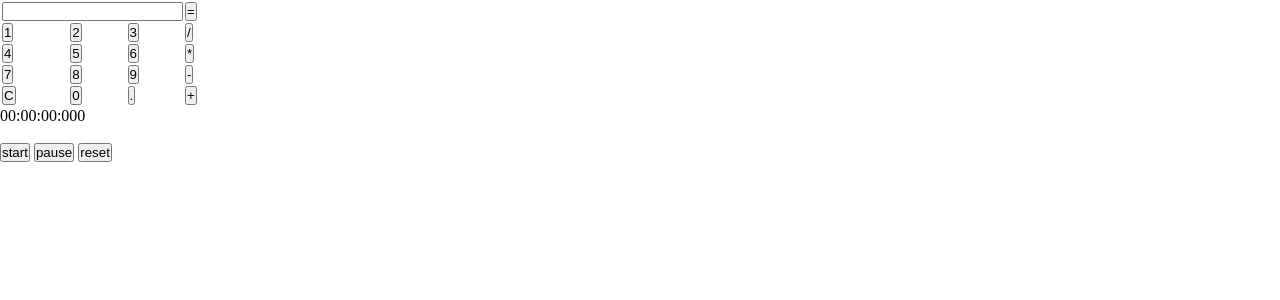
Repository: Seryozha02/CalculatorAndStopwatch
Page: calculator.html
An editor plug-in stored every save of this project. The page is shown before and after a run of saves, followed by the edit.
The browser window is 1280 px wide. The pictures show the whole page.

Above is the page before, as saved 2022-10-03 17:31:48.

### calculator.html
<!DOCTYPE html>
<html lang="en">
  <head>
    <meta charset="UTF-8" />
    <meta http-equiv="X-UA-Compatible" content="IE=edge" />
    <meta name="viewport" content="width=device-width, initial-scale=1.0" />
    <link rel="stylesheet" href="calculator.css" />
    <title>Calculator</title>
  </head>
  <body>
    <div>
    <table id="calculator">
      <tr>
        <td colspan="3"><input class="display-box" type="text" id="result"/></td>
        <td><input type="button" value="=" onclick="calculate()" id="btn"></td>
      </tr>
      <tr>
        <td><input type="button" value="1" onclick="display(('1'))" /></td>
        <td><input type="button" value="2" onclick="display(('2'))" /></td>
        <td><input type="button" value="3" onclick="display(('3'))" /></td>
        <td><input type="button" value="/" onclick="display(('/'))" /></td>
      </tr>
      <tr>
        <td><input type="button" value="4" onclick="display(('4'))"></td>
        <td><input type="button" value="5" onclick="display(('5'))"></td>
        <td><input type="button" value="6" onclick="display(('6'))"></td>
        <td><input type="button" value="*" onclick="display(('*'))"></td>
      </tr>
      <tr>
        <td><input type="button" value="7" onclick="display(('7'))"></td>
        <td><input type="button" value="8" onclick="display(('8'))"></td>
        <td><input type="button" value="9" onclick="display(('9'))"></td>
        <td><input type="button" value="-" onclick="display(('-'))"></td>
      </tr>
      <tr>
      <td><input type="button" value="C" onclick="clearScreen()" id="btn"></td>
      <td><input type="button" value="0" onclick="display(('0'))"></td>
      <td><input type="button" value="." onclick="display(('.'))"></td>
      <td><input type="button" value="+" onclick="display(('+'))"></td>
    </tr>
    </table>

    <form name="form_main">
        <div id="timer">
            <span id="hour">00</span>:<span id="minute">00</span>:<span id="seconds">00</span>:<span id="milliSeconds">000</span>
        </div>
        <br />
        <button onclick="start()" class="start" type="button" name="start">start</button>
        <button onclick="pause()" class="pause" type="button" name="pause">pause</button>
        <button onclick="reset()" class="reset" type="button" name="reset">reset</button>
        <!-- <input type="button" class="start" value="start">
        <input type="button" class="pause" value="pause">
        <input type="button" class="reset" value="reset"> -->
    </form>
</div>
  </body>
  <script src="calculator.js"></script>
</html>

### calculator.css
* {
    margin: 0;
    padding: 0;
    text-decoration: none;
    box-sizing: border-box;
}

Loaded but not shown: calculator.js (no stored copy; drawn as an empty file)

After the next 3 saves:
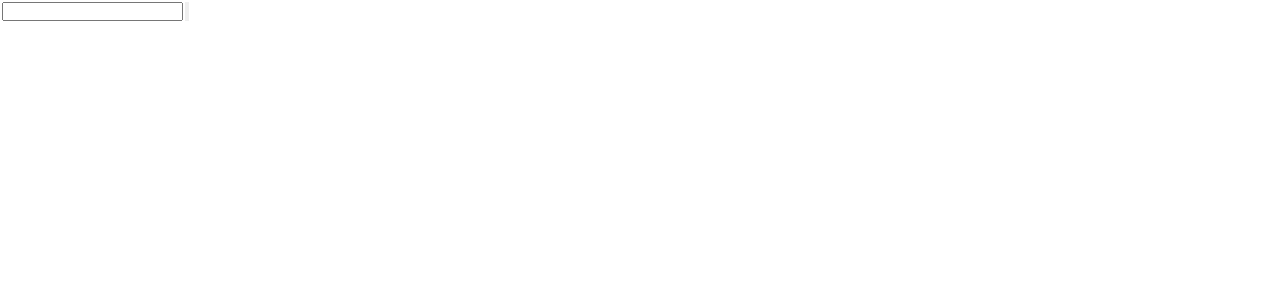
The 3 saves are shown as one change because they came seconds apart.
The last was saved 8 s later.
--- a/calculator.html
+++ b/calculator.html
@@ -1,58 +1,19 @@
 <!DOCTYPE html>
 <html lang="en">
-  <head>
-    <meta charset="UTF-8" />
-    <meta http-equiv="X-UA-Compatible" content="IE=edge" />
-    <meta name="viewport" content="width=device-width, initial-scale=1.0" />
-    <link rel="stylesheet" href="calculator.css" />
-    <title>Calculator</title>
-  </head>
-  <body>
-    <div>
-    <table id="calculator">
-      <tr>
-        <td colspan="3"><input class="display-box" type="text" id="result"/></td>
-        <td><input type="button" value="=" onclick="calculate()" id="btn"></td>
-      </tr>
-      <tr>
-        <td><input type="button" value="1" onclick="display(('1'))" /></td>
-        <td><input type="button" value="2" onclick="display(('2'))" /></td>
-        <td><input type="button" value="3" onclick="display(('3'))" /></td>
-        <td><input type="button" value="/" onclick="display(('/'))" /></td>
-      </tr>
-      <tr>
-        <td><input type="button" value="4" onclick="display(('4'))"></td>
-        <td><input type="button" value="5" onclick="display(('5'))"></td>
-        <td><input type="button" value="6" onclick="display(('6'))"></td>
-        <td><input type="button" value="*" onclick="display(('*'))"></td>
-      </tr>
-      <tr>
-        <td><input type="button" value="7" onclick="display(('7'))"></td>
-        <td><input type="button" value="8" onclick="display(('8'))"></td>
-        <td><input type="button" value="9" onclick="display(('9'))"></td>
-        <td><input type="button" value="-" onclick="display(('-'))"></td>
-      </tr>
-      <tr>
-      <td><input type="button" value="C" onclick="clearScreen()" id="btn"></td>
-      <td><input type="button" value="0" onclick="display(('0'))"></td>
-      <td><input type="button" value="." onclick="display(('.'))"></td>
-      <td><input type="button" value="+" onclick="display(('+'))"></td>
+<head>
+  <meta charset="UTF-8">
+  <meta http-equiv="X-UA-Compatible" content="IE=edge">
+  <meta name="viewport" content="width=device-width, initial-scale=1.0">
+  <link rel="stylesheet" href="calculator.css">
+  <title>Calcuator</title>
+</head>
+<body>
+  <table id="calculator">
+    <tr>
+      <td><input type="dis" value=""></td>
+      <td><input type="button" value=""></td>
     </tr>
-    </table>
-
-    <form name="form_main">
-        <div id="timer">
-            <span id="hour">00</span>:<span id="minute">00</span>:<span id="seconds">00</span>:<span id="milliSeconds">000</span>
-        </div>
-        <br />
-        <button onclick="start()" class="start" type="button" name="start">start</button>
-        <button onclick="pause()" class="pause" type="button" name="pause">pause</button>
-        <button onclick="reset()" class="reset" type="button" name="reset">reset</button>
-        <!-- <input type="button" class="start" value="start">
-        <input type="button" class="pause" value="pause">
-        <input type="button" class="reset" value="reset"> -->
-    </form>
-</div>
-  </body>
+  </table>
+</body>
   <script src="calculator.js"></script>
 </html>

After the 2 saves that followed:
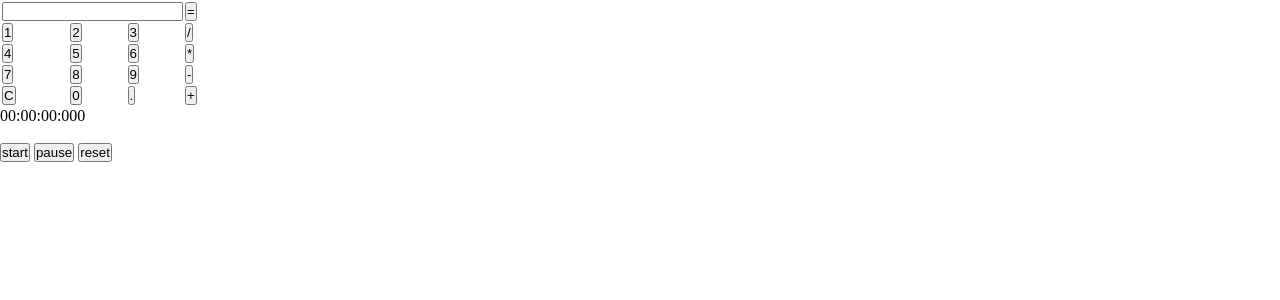
The 2 saves are shown as one change because 1 left the picture as it was.
The last was saved 8 s later.
--- a/calculator.html
+++ b/calculator.html
@@ -1,19 +1,58 @@
 <!DOCTYPE html>
 <html lang="en">
-<head>
-  <meta charset="UTF-8">
-  <meta http-equiv="X-UA-Compatible" content="IE=edge">
-  <meta name="viewport" content="width=device-width, initial-scale=1.0">
-  <link rel="stylesheet" href="calculator.css">
-  <title>Calcuator</title>
-</head>
-<body>
-  <table id="calculator">
-    <tr>
-      <td><input type="dis" value=""></td>
-      <td><input type="button" value=""></td>
+  <head>
+    <meta charset="UTF-8" />
+    <meta http-equiv="X-UA-Compatible" content="IE=edge" />
+    <meta name="viewport" content="width=device-width, initial-scale=1.0" />
+    <link rel="stylesheet" href="calculator.css" />
+    <title>Calculator</title>
+  </head>
+  <body>
+    <div>
+    <table id="calculator">
+      <tr>
+        <td colspan="3"><input class="display-box" type="text" id="result"/></td>
+        <td><input type="button" value="=" onclick="calculate()" id="btn"></td>
+      </tr>
+      <tr>
+        <td><input type="button" value="1" onclick="display(('1'))" /></td>
+        <td><input type="button" value="2" onclick="display(('2'))" /></td>
+        <td><input type="button" value="3" onclick="display(('3'))" /></td>
+        <td><input type="button" value="/" onclick="display(('/'))" /></td>
+      </tr>
+      <tr>
+        <td><input type="button" value="4" onclick="display(('4'))"></td>
+        <td><input type="button" value="5" onclick="display(('5'))"></td>
+        <td><input type="button" value="6" onclick="display(('6'))"></td>
+        <td><input type="button" value="*" onclick="display(('*'))"></td>
+      </tr>
+      <tr>
+        <td><input type="button" value="7" onclick="display(('7'))"></td>
+        <td><input type="button" value="8" onclick="display(('8'))"></td>
+        <td><input type="button" value="9" onclick="display(('9'))"></td>
+        <td><input type="button" value="-" onclick="display(('-'))"></td>
+      </tr>
+      <tr>
+      <td><input type="button" value="C" onclick="clearScreen()" id="btn"></td>
+      <td><input type="button" value="0" onclick="display(('0'))"></td>
+      <td><input type="button" value="." onclick="display(('.'))"></td>
+      <td><input type="button" value="+" onclick="display(('+'))"></td>
     </tr>
-  </table>
-</body>
+    </table>
+
+    <form name="form_main">
+        <div id="timer">
+            <span id="hour">00</span>:<span id="minute">00</span>:<span id="seconds">00</span>:<span id="milliSeconds">000</span>
+        </div>
+        <br />
+        <button onclick="start()" class="start" type="button" name="start">start</button>
+        <button onclick="pause()" class="pause" type="button" name="pause">pause</button>
+        <button onclick="reset()" class="reset" type="button" name="reset">reset</button>
+        <!-- <input type="button" class="start" value="start">
+        <input type="button" class="pause" value="pause">
+        <input type="button" class="reset" value="reset"> -->
+    </form>
+</div>
+  </body>
   <script src="calculator.js"></script>
 </html>
